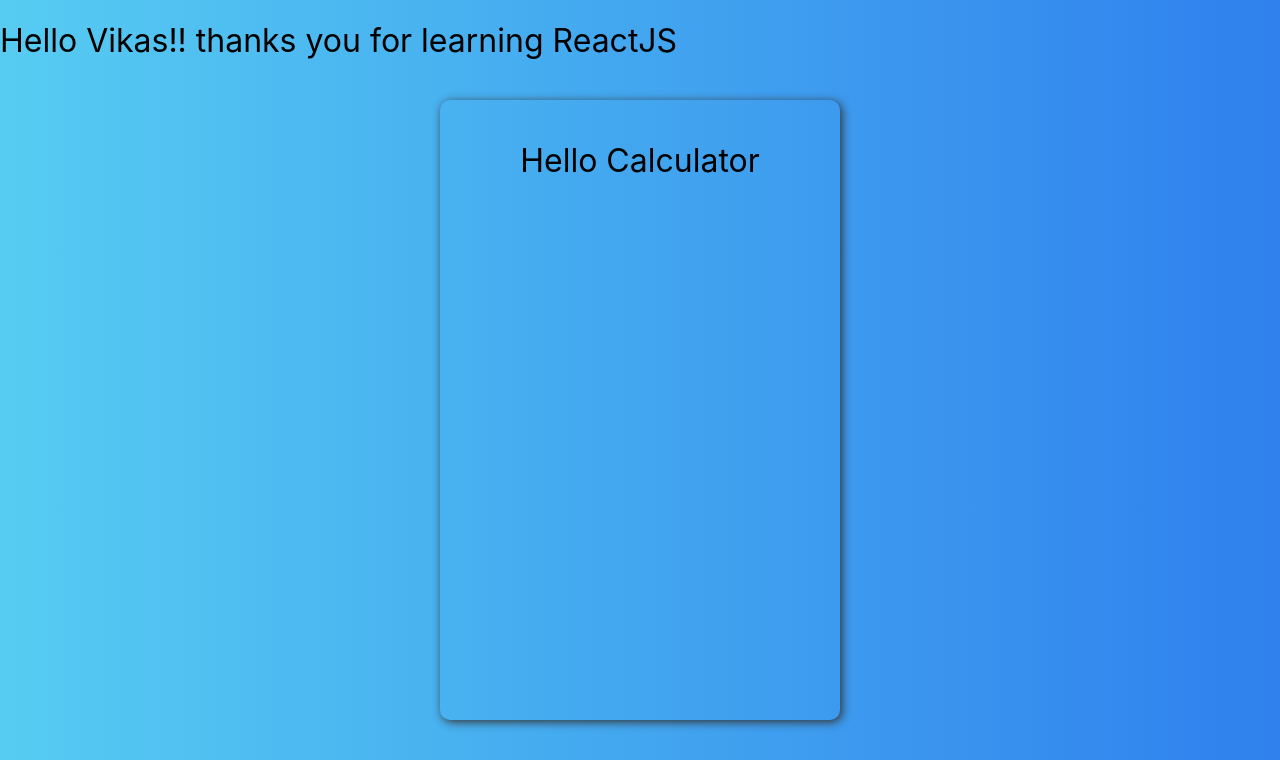
Repository: vikas-1234/calculator
Page: /
These files come from the project's save history. The page is drawn as it stood at one moment and after the next save; the edit follows.
The browser window is 1280 px wide. The pictures show the whole page.
The project was rebuilt for these pictures with package versions that can differ from the ones it lists, and the page was loaded fresh each time.

Above is the page before, as saved 2024-01-17 21:23:13.

### src/index.css
*,*::before,*::after{
  box-sizing: border-box;
  font-weight: normal;
}



body {
  margin: 0;
  padding: 0;
  background: linear-gradient(to right,#56ccf2, #2f80ed);
  font-family: -apple-system, BlinkMacSystemFont, 'Segoe UI', 'Roboto', 'Oxygen',
    'Ubuntu', 'Cantarell', 'Fira Sans', 'Droid Sans', 'Helvetica Neue',
    sans-serif;
  -webkit-font-smoothing: antialiased;
  -moz-osx-font-smoothing: grayscale;
}

code {
  font-family: source-code-pro, Menlo, Monaco, Consolas, 'Courier New',
    monospace;
}

### src/App.js

import Calculator from "./Components/Calculator";
function App() {
  return (
    <div className="App">
      <h1>Hello Vikas!! thanks you for learning ReactJS</h1>
      <Calculator/>
    </div>
  );
}

export default App;

### src/Components/Calculator.jsx
import React from 'react'
import {Container,Screen} from "../Styles/Main";


const Calculator = () => {
  return (
    <>
    <Container>
    <h1>Hello Calculator</h1>
      <Screen/>

    </Container>

    </>
  )
}

export default Calculator

### src/Styles/Main.jsx
import styled from "styled-components";

export const Container = styled.div`
    display:grid;
    justify-content:center;
    align-items:center;
    width:400px;
    min-height:500px;
    margin:40px auto;
    grid-template-column:repeat(4,100px);
    grid-template-rows:minmax(120px, auto) repeat(5,100px);
    box-shadow:2px 2px 10px #333;
    border-radius:10px;

`;

export const Screen = styled.div`
    gird-column: 1/-1;
    background-color:rba(60,64,67,0.75);
    display:flex;
    justify-content:center;
    flex-direction:column;
    padding:10px;
    word-wrap:break-word;
    break-word:breal-all;
    text-align:right;
    border-top-left-radius:10px
    border-top-right-radius:10px;



`;

Loaded but not shown: public/index.html (common file); src/index.js (common file); src/reportWebVitals.js (common file)

After the next save:
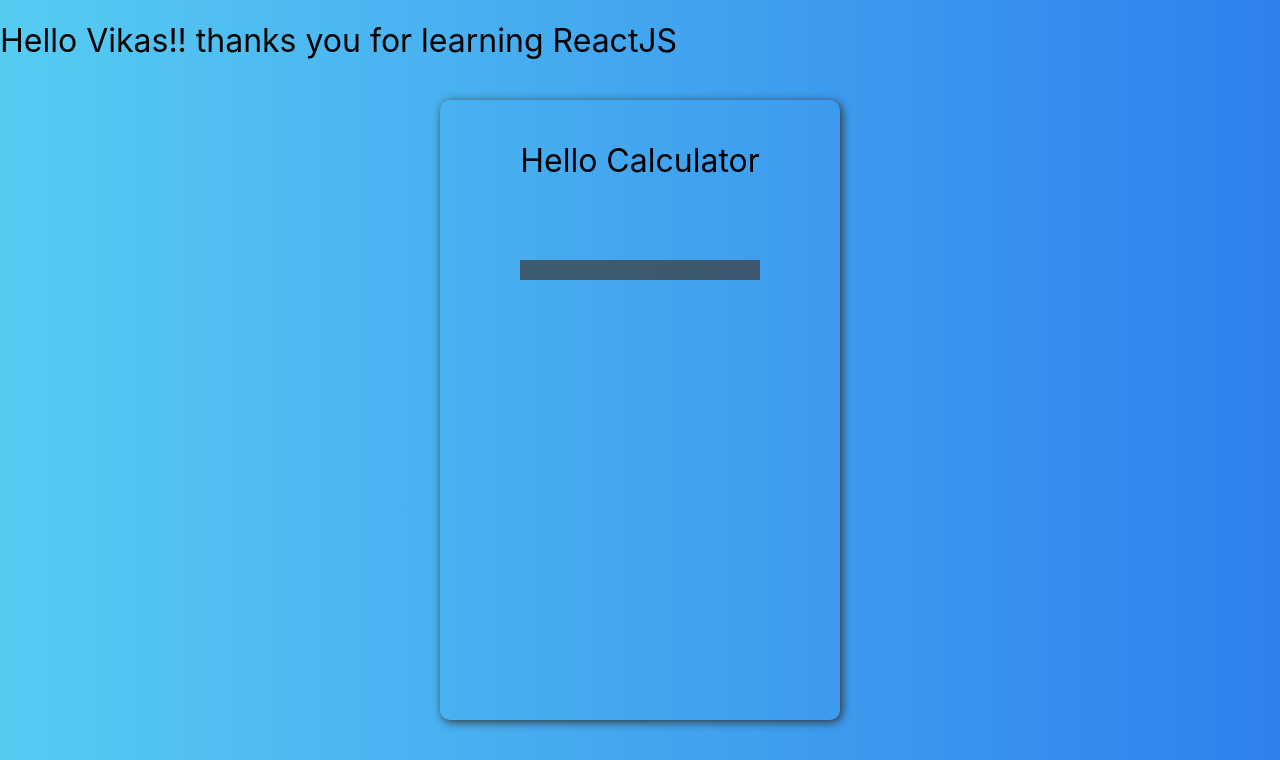
Saved 6 s later.
--- a/src/Styles/Main.jsx
+++ b/src/Styles/Main.jsx
@@ -16,7 +16,7 @@
 
 export const Screen = styled.div`
     gird-column: 1/-1;
-    background-color:rba(60,64,67,0.75);
+    background-color:rgba(60,64,67,0.75);
     display:flex;
     justify-content:center;
     flex-direction:column;
